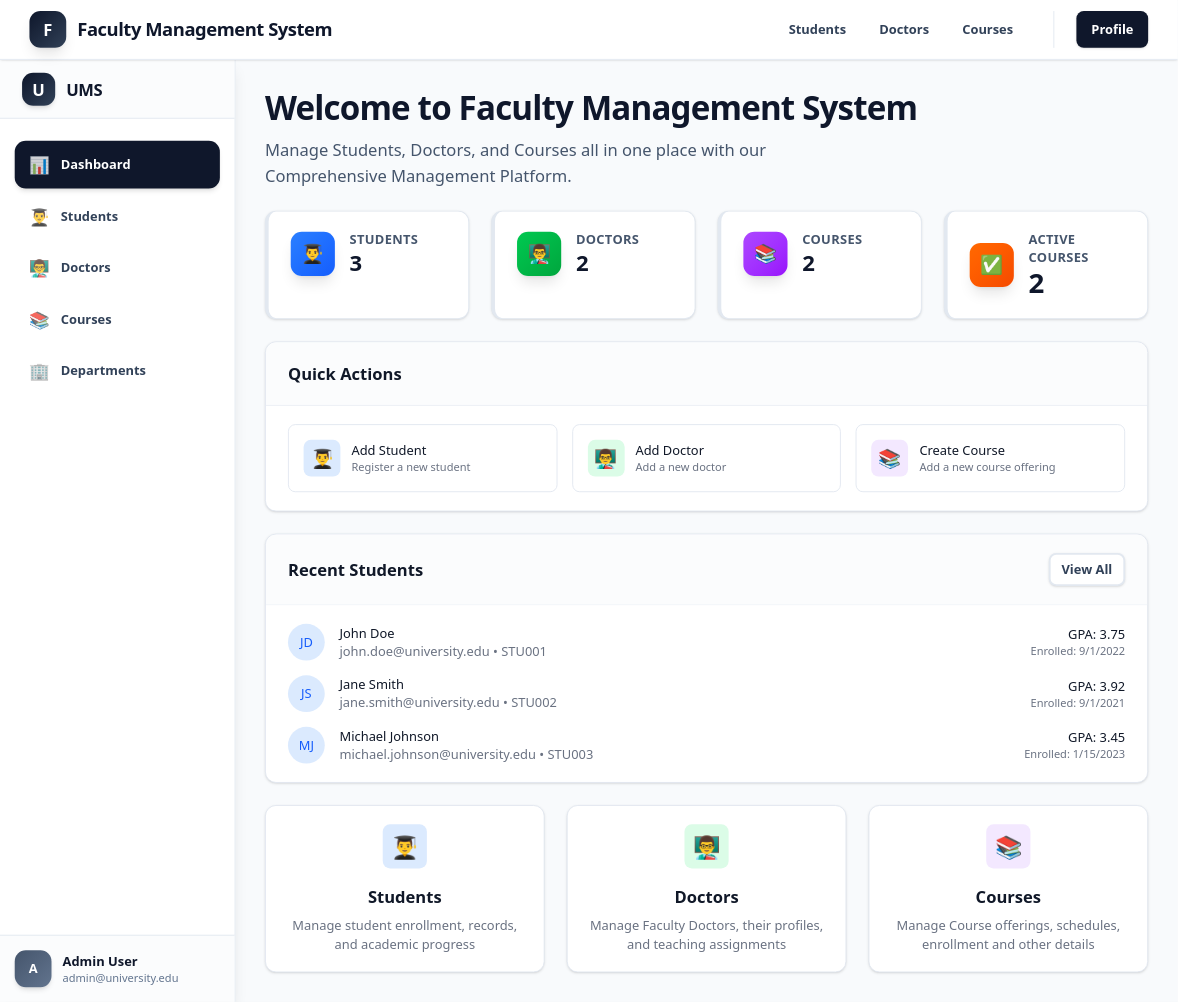
Repository: Mohamedmohsen179/Advanced-DB-Task
Page: / (app in frontend/)
The author's editor kept a copy of each file at every save. The page is drawn from the files as they stood at one save, then again after the next save.
The browser window is 1280 px wide. The pictures show the whole page, at 92% of full size.
The project was rebuilt for these pictures with package versions that can differ from the ones it lists, and the page was loaded fresh each time. The framework's server and built-in components were replaced by stand-ins that run in the browser. Settings that the repository does not hold, such as keys and server addresses, were given made-up values. Also part of the build but not shown: frontend/next.config.ts.

Above is the page before, as saved 2025-11-28 20:05:30.

### frontend/app/layout.tsx
import type { Metadata } from "next";
import { Geist, Geist_Mono } from "next/font/google";
import "./globals.css";
import MainLayout from "../components/layout/MainLayout";

const geistSans = Geist({
  variable: "--font-geist-sans",
  subsets: ["latin"],
});

const geistMono = Geist_Mono({
  variable: "--font-geist-mono",
  subsets: ["latin"],
});

export const metadata: Metadata = {
  title: "University Management System",
  description: "A comprehensive university management system built with Next.js and TypeScript",
};

export default function RootLayout({
  children,
}: Readonly<{
  children: React.ReactNode;
}>) {
  return (
    <html lang="en">
      <body
        className={`${geistSans.variable} ${geistMono.variable} antialiased`}
      >
        <MainLayout>{children}</MainLayout>
      </body>
    </html>
  );
}

### frontend/app/page.tsx
'use client';

import { useState, useEffect } from 'react';
import Link from 'next/link';
import { Student, CourseWithSchedule } from '../types';
import { apiService } from '../services/api';
import { Card, CardContent, CardHeader } from '../components/ui/Card';
import Button from '../components/ui/Button';

export default function Home() {
  const [stats, setStats] = useState({
    studentsCount: 0,
    doctorsCount: 0,
    coursesCount: 0,
    activeCoursesCount: 0,
  });
  const [recentStudents, setRecentStudents] = useState<Student[]>([]);
  const [loading, setLoading] = useState(true);

  useEffect(() => {
    loadDashboardData();
  }, []);

  const loadDashboardData = async () => {
    try {
      setLoading(true);

      // Load all data in parallel
      const [studentsResponse, doctorsResponse, coursesResponse] = await Promise.all([
        apiService.getStudents(),
        apiService.getDoctors(),
        apiService.getCourses(),
      ]);

      if (studentsResponse.success && doctorsResponse.success && coursesResponse.success) {
        setStats({
          studentsCount: studentsResponse.data.length,
          doctorsCount: doctorsResponse.data.length,
          coursesCount: coursesResponse.data.length,
          activeCoursesCount: coursesResponse.data.filter((course: CourseWithSchedule) => course.status === 'active').length,
        });

        // Get recent students (last 3)
        setRecentStudents(studentsResponse.data.slice(0, 3));
      }
    } catch (err) {
      console.error('Error loading dashboard data:', err);
    } finally {
      setLoading(false);
    }
  };

  if (loading) {
    return (
      <div className="flex items-center justify-center py-12">
        <div className="animate-spin rounded-full h-8 w-8 border-b-2 border-blue-600"></div>
        <span className="ml-2 text-gray-600">Loading dashboard...</span>
      </div>
    );
  }

  return (
    <div className="space-y-6">
      {/* Welcome Header */}
      <div className="text-center lg:text-left">
        <h1 className="text-4xl font-bold text-slate-900 tracking-tight">Welcome to Faculty Management System</h1>
        <p className="mt-3 text-lg text-slate-600 max-w-2xl">
          Manage Students, Doctors, and Courses all in one place with our Comprehensive Management Platform.
        </p>
      </div>

      {/* Stats Cards */}
      <div className="grid grid-cols-1 md:grid-cols-2 lg:grid-cols-4 gap-6">
        <Card className="hover:shadow-lg transition-all duration-300 border-l-4 border-l-blue-500">
          <CardContent className="p-6">
            <div className="flex items-center">
              <div className="flex-shrink-0">
                <div className="w-12 h-12 bg-gradient-to-br from-blue-500 to-blue-600 rounded-xl flex items-center justify-center shadow-lg">
                  <span className="text-white text-xl">👨‍🎓</span>
                </div>
              </div>
              <div className="ml-4">
                <p className="text-sm font-semibold text-slate-600 uppercase tracking-wide">Students</p>
                <p className="text-2xl font-bold text-slate-900">{stats.studentsCount}</p>
              </div>
            </div>
          </CardContent>
        </Card>

        <Card className="hover:shadow-lg transition-all duration-300 border-l-4 border-l-green-500">
          <CardContent className="p-6">
            <div className="flex items-center">
              <div className="flex-shrink-0">
                <div className="w-12 h-12 bg-gradient-to-br from-green-500 to-green-600 rounded-xl flex items-center justify-center shadow-lg">
                  <span className="text-white text-xl">👨‍🏫</span>
                </div>
              </div>
              <div className="ml-4">
                <p className="text-sm font-semibold text-slate-600 uppercase tracking-wide">Doctors</p>
                <p className="text-2xl font-bold text-slate-900">{stats.doctorsCount}</p>
              </div>
            </div>
          </CardContent>
        </Card>

        <Card className="hover:shadow-lg transition-all duration-300 border-l-4 border-l-purple-500">
          <CardContent className="p-6">
            <div className="flex items-center">
              <div className="flex-shrink-0">
                <div className="w-12 h-12 bg-gradient-to-br from-purple-500 to-purple-600 rounded-xl flex items-center justify-center shadow-lg">
                  <span className="text-white text-xl">📚</span>
                </div>
              </div>
              <div className="ml-4">
                <p className="text-sm font-semibold text-slate-600 uppercase tracking-wide">Courses</p>
                <p className="text-2xl font-bold text-slate-900">{stats.coursesCount}</p>
              </div>
            </div>
          </CardContent>
        </Card>

        <Card className="hover:shadow-lg transition-all duration-300 border-l-4 border-l-orange-500">
          <CardContent className="p-6">
            <div className="flex items-center">
              <div className="flex-shrink-0">
                <div className="w-12 h-12 bg-gradient-to-br from-orange-500 to-orange-600 rounded-xl flex items-center justify-center shadow-lg">
                  <span className="text-white text-xl">✅</span>
                </div>
              </div>
              <div className="ml-4">
                <p className="text-sm font-semibold text-slate-600 uppercase tracking-wide">Active Courses</p>
                <p className="text-3xl font-bold text-slate-900">{stats.activeCoursesCount}</p>
              </div>
            </div>
          </CardContent>
        </Card>
      </div>

      {/* Quick Actions */}
      <Card>
        <CardHeader>
          <h2 className="text-lg font-semibold text-gray-900">Quick Actions</h2>
        </CardHeader>
        <CardContent>
          <div className="grid grid-cols-1 md:grid-cols-3 gap-4">
            <Link href="/students/new">
              <div className="p-4 border border-gray-200 rounded-lg hover:bg-gray-50 transition-colors cursor-pointer">
                <div className="flex items-center">
                  <div className="w-10 h-10 bg-blue-100 rounded-lg flex items-center justify-center">
                    <span className="text-blue-600 text-xl">👨‍🎓</span>
                  </div>
                  <div className="ml-3">
                    <h3 className="text-sm font-medium text-gray-900">Add Student</h3>
                    <p className="text-xs text-gray-500">Register a new student</p>
                  </div>
                </div>
              </div>
            </Link>

            <Link href="/doctors/new">
              <div className="p-4 border border-gray-200 rounded-lg hover:bg-gray-50 transition-colors cursor-pointer">
                <div className="flex items-center">
                  <div className="w-10 h-10 bg-green-100 rounded-lg flex items-center justify-center">
                    <span className="text-green-600 text-xl">👨‍🏫</span>
                  </div>
                  <div className="ml-3">
                    <h3 className="text-sm font-medium text-gray-900">Add Doctor</h3>
                    <p className="text-xs text-gray-500">Add a new doctor</p>
                  </div>
                </div>
              </div>
            </Link>

            <Link href="/courses/new">
              <div className="p-4 border border-gray-200 rounded-lg hover:bg-gray-50 transition-colors cursor-pointer">
                <div className="flex items-center">
                  <div className="w-10 h-10 bg-purple-100 rounded-lg flex items-center justify-center">
                    <span className="text-purple-600 text-xl">📚</span>
                  </div>
                  <div className="ml-3">
                    <h3 className="text-sm font-medium text-gray-900">Create Course</h3>
                    <p className="text-xs text-gray-500">Add a new course offering</p>
                  </div>
                </div>
              </div>
            </Link>
          </div>
        </CardContent>
      </Card>

      {/* Recent Students */}
      {recentStudents.length > 0 && (
        <Card>
          <CardHeader>
            <div className="flex items-center justify-between">
              <h2 className="text-lg font-semibold text-gray-900">Recent Students</h2>
              <Link href="/students">
                <Button variant="outline" size="sm">View All</Button>
              </Link>
            </div>
          </CardHeader>
          <CardContent>
            <div className="space-y-4">
              {recentStudents.map((student) => (
                <div key={student.id} className="flex items-center justify-between">
                  <div className="flex items-center">
                    <div className="flex-shrink-0 h-10 w-10">
                      <div className="h-10 w-10 rounded-full bg-blue-100 flex items-center justify-center">
                        <span className="text-blue-600 font-medium text-sm">
                          {student.firstName.charAt(0)}{student.lastName.charAt(0)}
                        </span>
                      </div>
                    </div>
                    <div className="ml-4">
                      <div className="text-sm font-medium text-gray-900">
                        {student.firstName} {student.lastName}
                      </div>
                      <div className="text-sm text-gray-500">
                        {student.email} • {student.studentId}
                      </div>
                    </div>
                  </div>
                  <div className="text-right">
                    <div className="text-sm text-gray-900">
                      {student.gpa ? `GPA: ${student.gpa.toFixed(2)}` : 'No GPA'}
                    </div>
                    <div className="text-xs text-gray-500">
                      Enrolled: {new Date(student.enrollmentDate).toLocaleDateString()}
                    </div>
                  </div>
                </div>
              ))}
            </div>
          </CardContent>
        </Card>
      )}

      {/* Navigation Cards */}
      <div className="grid grid-cols-1 md:grid-cols-3 gap-6">
        <Link href="/students">
          <Card className="hover:shadow-md transition-shadow cursor-pointer">
            <CardContent className="p-6 text-center">
              <div className="w-12 h-12 bg-blue-100 rounded-lg flex items-center justify-center mx-auto mb-4">
                <span className="text-blue-600 text-2xl">👨‍🎓</span>
              </div>
              <h3 className="text-lg font-semibold text-gray-900 mb-2">Students</h3>
              <p className="text-sm text-gray-500">
                Manage student enrollment, records, and academic progress
              </p>
            </CardContent>
          </Card>
        </Link>

        <Link href="/doctors">
          <Card className="hover:shadow-md transition-shadow cursor-pointer">
            <CardContent className="p-6 text-center">
              <div className="w-12 h-12 bg-green-100 rounded-lg flex items-center justify-center mx-auto mb-4">
                <span className="text-green-600 text-2xl">👨‍🏫</span>
              </div>
              <h3 className="text-lg font-semibold text-gray-900 mb-2">Doctors</h3>
              <p className="text-sm text-gray-500">
                Manage Faculty Doctors, their profiles, and teaching assignments
              </p>
            </CardContent>
          </Card>
        </Link>

        <Link href="/courses">
          <Card className="hover:shadow-md transition-shadow cursor-pointer">
            <CardContent className="p-6 text-center">
              <div className="w-12 h-12 bg-purple-100 rounded-lg flex items-center justify-center mx-auto mb-4">
                <span className="text-purple-600 text-2xl">📚</span>
              </div>
              <h3 className="text-lg font-semibold text-gray-900 mb-2">Courses</h3>
              <p className="text-sm text-gray-500">
                Manage Course offerings, schedules, enrollment and other details
              </p>
            </CardContent>
          </Card>
        </Link>
      </div>
    </div>
  );
}

### frontend/app/globals.css
@import "tailwindcss";

:root {
  --background: #fafafa;
  --foreground: #0f172a;
  --primary: #2563eb;
  --primary-foreground: #ffffff;
  --secondary: #f1f5f9;
  --secondary-foreground: #334155;
  --muted: #f8fafc;
  --muted-foreground: #64748b;
  --accent: #f1f5f9;
  --accent-foreground: #0f172a;
  --border: #e2e8f0;
  --input: #ffffff;
  --ring: #2563eb;
  --radius: 0.5rem;
}

@theme inline {
  --color-background: var(--background);
  --color-foreground: var(--foreground);
  --font-sans: var(--font-geist-sans);
  --font-mono: var(--font-geist-mono);
}

@media (prefers-color-scheme: dark) {
  :root {
    --background: #020617;
    --foreground: #f8fafc;
    --primary: #3b82f6;
    --primary-foreground: #f8fafc;
    --secondary: #1e293b;
    --secondary-foreground: #f8fafc;
    --muted: #1e293b;
    --muted-foreground: #94a3b8;
    --accent: #1e293b;
    --accent-foreground: #f8fafc;
    --border: #334155;
    --input: #1e293b;
    --ring: #3b82f6;
  }
}

* {
  border-color: var(--border);
}

body {
  background: var(--background);
  color: var(--foreground);
  font-family: var(--font-sans), system-ui, -apple-system, sans-serif;
  line-height: 1.6;
  -webkit-font-smoothing: antialiased;
  -moz-osx-font-smoothing: grayscale;
}

::-webkit-scrollbar {
  width: 8px;
  height: 8px;
}

::-webkit-scrollbar-track {
  background: var(--muted);
}

::-webkit-scrollbar-thumb {
  background: var(--muted-foreground);
  border-radius: 4px;
}

::-webkit-scrollbar-thumb:hover {
  background: var(--foreground);
}

/* Focus styles */
.focus-visible {
  outline: 2px solid var(--ring);
  outline-offset: 2px;
}

/* Professional shadows */
.shadow-professional {
  box-shadow: 0 1px 3px 0 rgb(0 0 0 / 0.1), 0 1px 2px -1px rgb(0 0 0 / 0.1);
}

.shadow-professional-lg {
  box-shadow: 0 10px 15px -3px rgb(0 0 0 / 0.1), 0 4px 6px -4px rgb(0 0 0 / 0.1);
}

### frontend/components/layout/MainLayout.tsx
'use client';

import { useState } from 'react';
import Navbar from './Navbar';
import Sidebar from './Sidebar';

interface MainLayoutProps {
  children: React.ReactNode;
}

export default function MainLayout({ children }: MainLayoutProps) {
  const [sidebarOpen, setSidebarOpen] = useState(false);

  return (
    <div className="min-h-screen bg-slate-50">
      {/* Navbar */}
      <Navbar />

      <div className="flex">
        {/* Sidebar */}
        <Sidebar
          isOpen={sidebarOpen}
          onClose={() => setSidebarOpen(false)}
        />

        {/* Main Content */}
        <div className="flex-1 lg:ml-0">
          {/* Mobile sidebar toggle */}
          <div className="lg:hidden">
            <button
              onClick={() => setSidebarOpen(true)}
              className="fixed top-20 left-4 z-10 bg-white p-3 rounded-xl shadow-professional border border-slate-200 hover:shadow-professional-lg transition-all duration-200"
            >
              <svg className="w-5 h-5 text-slate-600" fill="none" stroke="currentColor" viewBox="0 0 24 24">
                <path strokeLinecap="round" strokeLinejoin="round" strokeWidth={2} d="M4 6h16M4 12h16M4 18h16" />
              </svg>
            </button>
          </div>

          {/* Page Content */}
          <main className="p-6 lg:p-8">
            <div className="max-w-7xl mx-auto">
              {children}
            </div>
          </main>
        </div>
      </div>
    </div>
  );
}

### frontend/components/ui/Card.tsx
import { HTMLAttributes, forwardRef } from 'react';

interface CardProps extends HTMLAttributes<HTMLDivElement> {
  children: React.ReactNode;
}

const Card = forwardRef<HTMLDivElement, CardProps>(
  ({ className = '', children, ...props }, ref) => {
    return (
      <div
        ref={ref}
        className={`bg-white rounded-xl border border-slate-200 shadow-professional hover:shadow-professional-lg transition-shadow duration-200 ${className}`}
        {...props}
      >
        {children}
      </div>
    );
  }
);

Card.displayName = 'Card';

interface CardHeaderProps extends HTMLAttributes<HTMLDivElement> {
  children: React.ReactNode;
}

const CardHeader = forwardRef<HTMLDivElement, CardHeaderProps>(
  ({ className = '', children, ...props }, ref) => {
    return (
      <div
        ref={ref}
        className={`px-6 py-5 border-b border-slate-200 bg-slate-50/50 rounded-t-xl ${className}`}
        {...props}
      >
        {children}
      </div>
    );
  }
);

CardHeader.displayName = 'CardHeader';

interface CardContentProps extends HTMLAttributes<HTMLDivElement> {
  children: React.ReactNode;
}

const CardContent = forwardRef<HTMLDivElement, CardContentProps>(
  ({ className = '', children, ...props }, ref) => {
    return (
      <div
        ref={ref}
        className={`px-6 py-5 ${className}`}
        {...props}
      >
        {children}
      </div>
    );
  }
);

CardContent.displayName = 'CardContent';

interface CardFooterProps extends HTMLAttributes<HTMLDivElement> {
  children: React.ReactNode;
}

const CardFooter = forwardRef<HTMLDivElement, CardFooterProps>(
  ({ className = '', children, ...props }, ref) => {
    return (
      <div
        ref={ref}
        className={`px-6 py-5 border-t border-slate-200 bg-slate-50 rounded-b-xl ${className}`}
        {...props}
      >
        {children}
      </div>
    );
  }
);

CardFooter.displayName = 'CardFooter';

export { Card, CardHeader, CardContent, CardFooter };

### frontend/components/ui/Button.tsx
import { ButtonHTMLAttributes, forwardRef } from 'react';

interface ButtonProps extends ButtonHTMLAttributes<HTMLButtonElement> {
  variant?: 'primary' | 'secondary' | 'danger' | 'outline';
  size?: 'sm' | 'md' | 'lg';
  loading?: boolean;
}

const Button = forwardRef<HTMLButtonElement, ButtonProps>(
  ({ className = '', variant = 'primary', size = 'md', loading = false, children, disabled, ...props }, ref) => {
    const baseClasses = 'inline-flex items-center justify-center font-semibold rounded-lg transition-all duration-200 focus:outline-none focus:ring-2 focus:ring-offset-2 disabled:opacity-50 disabled:cursor-not-allowed shadow-sm hover:shadow-md active:scale-[0.98]';

    const variantClasses = {
      primary: 'bg-slate-900 text-white hover:bg-slate-800 focus:ring-slate-500 border border-slate-900',
      secondary: 'bg-slate-100 text-slate-900 hover:bg-slate-200 focus:ring-slate-500 border border-slate-200',
      danger: 'bg-red-600 text-white hover:bg-red-700 focus:ring-red-500 border border-red-600',
      outline: 'border-2 border-slate-300 text-slate-700 bg-white hover:bg-slate-50 hover:border-slate-400 focus:ring-slate-500',
    };

    const sizeClasses = {
      sm: 'px-3 py-2 text-sm h-9',
      md: 'px-4 py-2.5 text-sm h-10',
      lg: 'px-6 py-3 text-base h-12',
    };

    return (
      <button
        ref={ref}
        className={`${baseClasses} ${variantClasses[variant]} ${sizeClasses[size]} ${className}`}
        disabled={disabled || loading}
        {...props}
      >
        {loading && (
          <svg className="animate-spin -ml-1 mr-2 h-4 w-4" fill="none" viewBox="0 0 24 24">
            <circle className="opacity-25" cx="12" cy="12" r="10" stroke="currentColor" strokeWidth="4" />
            <path className="opacity-75" fill="currentColor" d="M4 12a8 8 0 018-8V0C5.373 0 0 5.373 0 12h4zm2 5.291A7.962 7.962 0 014 12H0c0 3.042 1.135 5.824 3 7.938l3-2.647z" />
          </svg>
        )}
        {children}
      </button>
    );
  }
);

Button.displayName = 'Button';

export default Button;

Loaded but not shown: frontend/services/api.ts (539 lines, source omitted); frontend/components/layout/Sidebar.tsx (158 lines, source omitted); frontend/components/layout/Navbar.tsx (102 lines, source omitted)

After the next save:
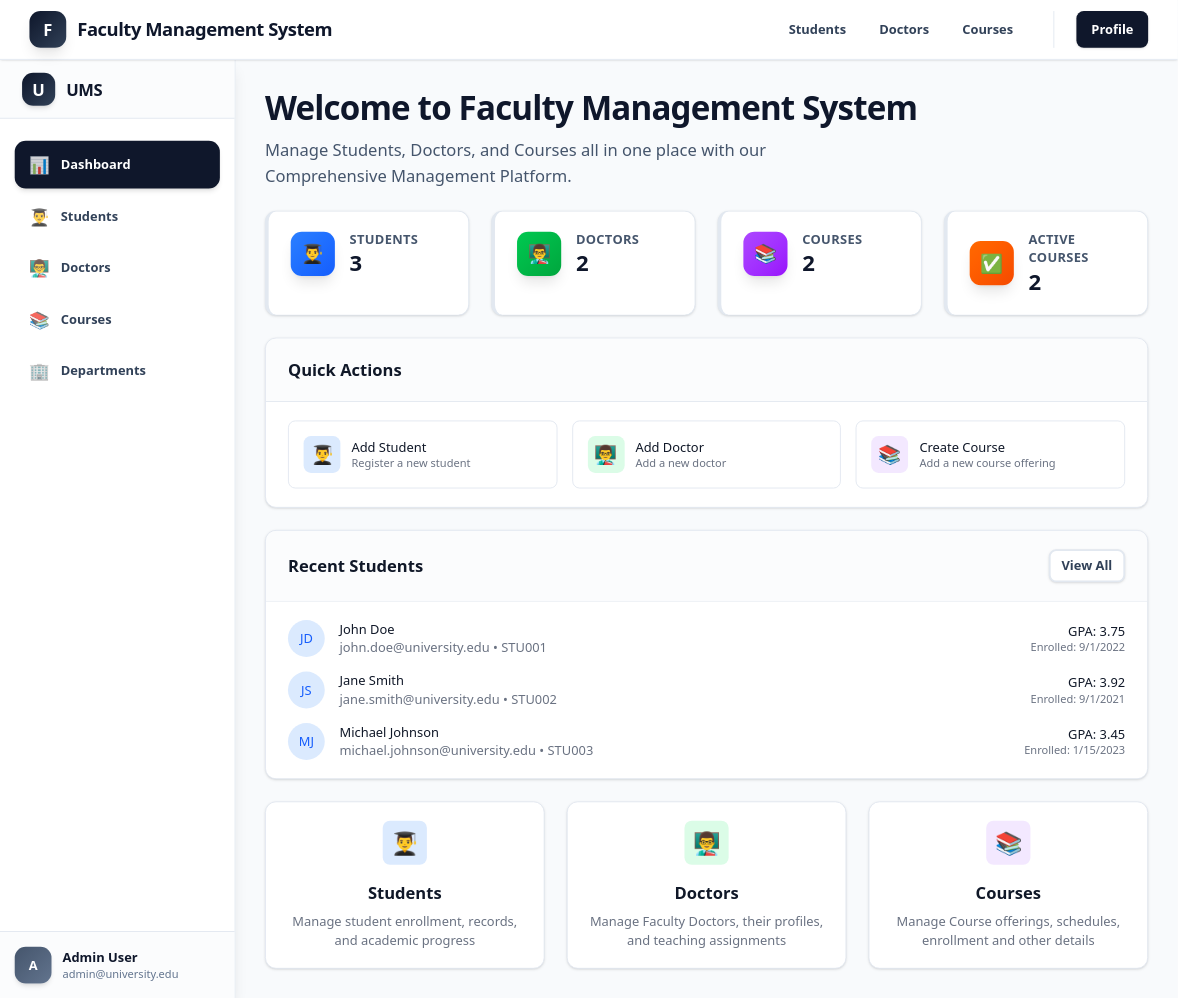
Saved 6 s later.
--- a/frontend/app/page.tsx
+++ b/frontend/app/page.tsx
@@ -129,7 +129,7 @@ export default function Home() {
               </div>
               <div className="ml-4">
                 <p className="text-sm font-semibold text-slate-600 uppercase tracking-wide">Active Courses</p>
-                <p className="text-3xl font-bold text-slate-900">{stats.activeCoursesCount}</p>
+                <p className="text-2xl font-bold text-slate-900">{stats.activeCoursesCount}</p>
               </div>
             </div>
           </CardContent>
